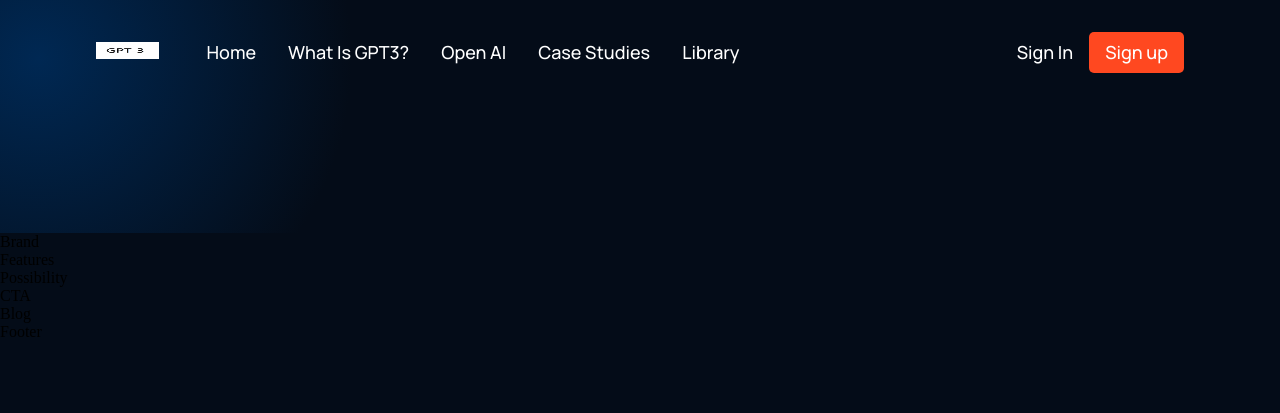
Repository: GeorgiosDev/OpenAI-Clone
Page: /
An editor plug-in stored every save of this project. The page is shown before and after a run of saves, followed by the edit.
The browser window is 1280 px wide. The pictures show the whole page.
The project was rebuilt for these pictures with package versions that can differ from the ones it lists, and the page was loaded fresh each time. Also part of the build but not shown: src/components/article/article.css, src/components/article/Article.jsx, src/components/cta/cta.css, src/components/feature/Feature.jsx, src/containers/blog/blog.css, src/containers/features/features.css, src/containers/footer/footer.css, src/containers/header/header.css and 2 more.

Above is the page before, as saved 2025-01-31 15:27:20.

### src/App.js
import "./App.css";
import {  Brand, Navbar, CTA } from "./components/index";
import {
  Blog,
  Features,
  Footer,
  Header,
  Possibility,
  WhatGPT,
} from "./containers/index";

function App() {
  return (
    <div className="App ">
      <div className="gradient__bg">
        <Navbar />
        <Header />
      </div>
      <Brand />
      <WhatGPT />
      <Features />
      <Possibility />
      <CTA />
      <Blog />
      <Footer />
    </div>
  );
}

export default App;

### src/components/index.js
export { default as Article } from "./article/Article";
export { default as Brand } from "./brand/Brand";
export { default as CTA } from "./cta/CTA";

export { default as Navbar } from "./navbar/Navbar";
export { default as Feauture } from "./feature/Feature";

### src/containers/index.js
export { default as Blog } from './blog/Blog';
export { default as Features  } from './features/Features';
export { default as Footer } from './footer/Footer';
export { default as Header } from './header/Header';
export { default as Possibility } from './possibility/Possibility';
export { default as WhatGPT } from './whatGPT/whatGPT';

### src/components/brand/Brand.jsx
import React from 'react'

const Brand = () => {
  return (
    <div>
      Brand
    </div>
  )
}

export default Brand

### src/components/cta/CTA.jsx
import React from 'react'
import "./cta.css"
const CTA = () => {
  return (
    <div>
      CTA
    </div>
  )
}

export default CTA

### src/components/navbar/Navbar.jsx
import React, { useState } from "react";
import { RiMenu3Line, RiCloseLine } from "react-icons/ri";
import logo from "../../assets/logo.png";
import "./navbar.css";

const Navbar = () => {
  const [toggleMenu, setToggleMenu] = useState(false);
  const Menu = () => {
    return (
      <>
        <p>
          <a href="#home">Home</a>
        </p>
        <p>
          <a href="#wgpt3">What is GPT3?</a>
        </p>
        <p>
          <a href="#possibility">Open AI</a>
        </p>
        <p>
          <a href="#features">Case Studies</a>
        </p>
        <p>
          <a href="#blog">Library</a>
        </p>
      </>
    );
  };

  return (
    <div className="gpt3__navbar">
      <div className="gpt3__navbar-links">
        <div className="gpt3__navbar-links_logo">
          <img src={logo} alt="logo" />
        </div>
        <div className="gpt3__navbar-links_container">
          <Menu />
        </div>
      </div>
      <div className="gpt3__navbar-sign">
        <p>Sign in</p>
        <button type="button">Sign up</button>
      </div>
      <div className="gpt3__navbar-menu">
        {toggleMenu ? (
          <RiCloseLine
            color="#fff"
            size={27}
            onClick={() => setToggleMenu(false)}
          />
        ) : (
          <RiMenu3Line
            color="#fff"
            size={27}
            onClick={() => setToggleMenu(true)}
          />
        )}
        {toggleMenu && (
          <div className="gpt3__navbar-menu_container scale-up-center">
            <div className="gpt3__navbar-menu_container-links">
              <Menu />
            </div>
            <div className="gpt3__navbar-menu_container-links-sign">
              <p>Sign in</p>
              <button type="button">Sign up</button>
            </div>
          </div>
        )}
      </div>
    </div>
  );
};

export default Navbar;

### src/containers/blog/Blog.jsx
import React from "react";
import "./blog.css";
const Blog = () => {
  return <div>Blog</div>;
};

export default Blog;

### src/containers/features/Features.jsx
import React from 'react'
import "./features.css"
const Features = () => {
  return (
    <div>
      Features
    </div>
  )
}

export default Features

### src/containers/footer/Footer.jsx
import React from 'react'
import "./footer.css"
const Footer = () => {
  return (
    <div>
      Footer
    </div>
  )
}
export default Footer

### src/containers/header/Header.jsx
import React from 'react'
import "./header.css"
const Header = () => {
  return (
    <div className='gpt3__header section__padding' id='home'>
      <div className="gpt3__header-content">
        <h1 className="gradient__text"></h1>
      </div>
    </div>
  )
}
export default Header

### src/containers/possibility/Possibility.jsx
import React from 'react'
import "./possibility.css"
const Possibility = () => {
  return (
    <div>
      Possibility
    </div>
  )
}

export default Possibility

### src/containers/whatGPT/whatGPT.jsx
import React from 'react'
import "./whatGPT.css"
const whatGPT = () => {
  return (
    <div>

    </div>
  )
}

export default whatGPT

### src/components/navbar/navbar.css
.gpt3__navbar {
    display: flex;
    justify-content: space-between;
    align-items: center;

    padding: 2rem 6rem;
}

.gpt3__navbar-links {
    flex: 1;
    display: flex;
    justify-content: flex-start;
    align-items: center;
}

.gpt3__navbar-links_logo {
    margin-right: 2rem;
}

.gpt3__navbar-links_logo img {
    width: 62.56px;
    height: 16.02px;
}

.gpt3__navbar-links_container {
    display: flex;
    flex-direction: row;
}

.gpt3__navbar-sign {
    display: flex;
    justify-content: flex-end;
    align-items: center;
}

.gpt3__navbar-links_container p,
.gpt3__navbar-sign p,
.gpt3__navbar-menu_container p {
    color: #fff;
    font-family: var(--font-family);
    font-weight: 500;
    font-size: 18px;
    line-height: 25px;
    text-transform: capitalize;

    margin: 0 1rem;
    cursor: pointer;
}

.gpt3__navbar-sign button,
.gpt3__navbar-menu_container button {
    padding: 0.5rem 1rem;
    color: #fff;
    background: #FF4820;
    font-family: var(--font-family);
    font-weight: 500;
    font-size: 18px;
    line-height: 25px;
    border: none;
    outline: none;
    cursor: pointer;
    border-radius: 5px;
}

.gpt3__navbar-menu {
    margin-left: 1rem;

    display: none;
    position: relative;
}

.gpt3__navbar-menu svg {
    cursor: pointer;
}

.gpt3__navbar-menu_container {
    display: flex;
    justify-content: flex-end;
    align-items: flex-end;
    flex-direction: column;

    text-align: end;
    background: var(--color-footer);
    padding: 2rem;
    position: absolute;
    right: 0;
    top: 40px;
    margin-top: 1rem;
    min-width: 210px;
    border-radius: 5px;
    box-shadow: 0px 0px 5px rgba(0,0, 0,0.2);
}

.gpt3__navbar-menu_container p {
    margin: 1rem 0;
}

.gpt3__navbar-menu_container-links-sign {
    display: none;
}

@media screen and (max-width: 1050px) {
    .gpt3__navbar-links_container {
        display: none;
    }

    .gpt3__navbar-menu {
        display: flex;
    }
}

@media screen and (max-width: 700px) {
    .gpt3__navbar {
        padding: 2rem 4rem;
    }
}

@media screen and (max-width: 550px) {
    .gpt3__navbar {
        padding: 2rem;
    }

    .gpt3__navbar-sign {
        display: none;
    }

    .gpt3__navbar-menu_container {
        top: 20px;
    }

    .gpt3__navbar-menu_container-links-sign {
        display: block;
    }
}

Loaded but not shown: src/index.js (common file); src/index.css (common file); src/App.css (common file)

After the next 2 saves:
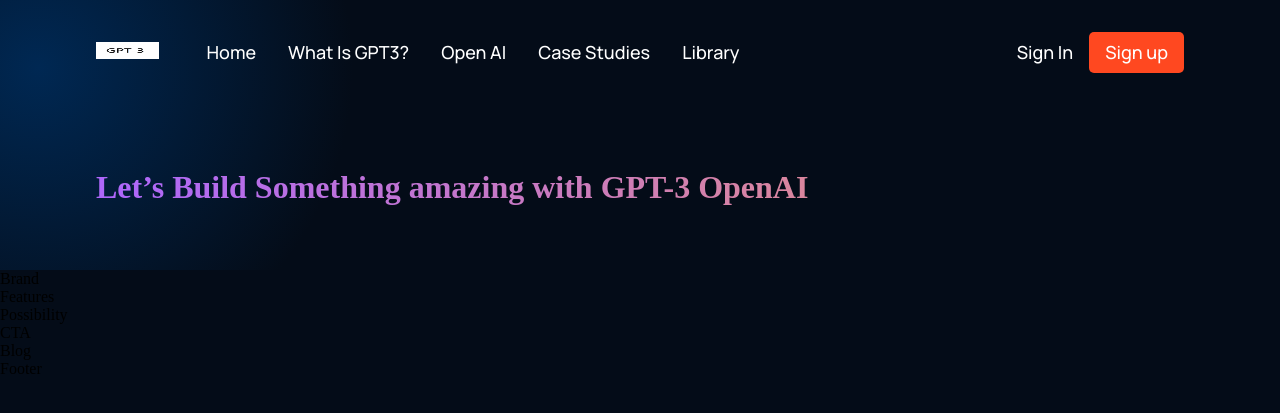
The 2 saves are shown as one change because they came seconds apart.
The last was saved 79 s later.
--- a/src/containers/header/Header.jsx
+++ b/src/containers/header/Header.jsx
@@ -1,12 +1,14 @@
-import React from 'react'
-import "./header.css"
+import React from "react";
+import "./header.css";
 const Header = () => {
   return (
-    <div className='gpt3__header section__padding' id='home'>
+    <div className="gpt3__header section__padding" id="home">
       <div className="gpt3__header-content">
-        <h1 className="gradient__text"></h1>
+        <h1 className="gradient__text">
+          Let’s Build Something amazing with GPT-3 OpenAI
+        </h1>
       </div>
     </div>
-  )
-}
-export default Header
+  );
+};
+export default Header;
